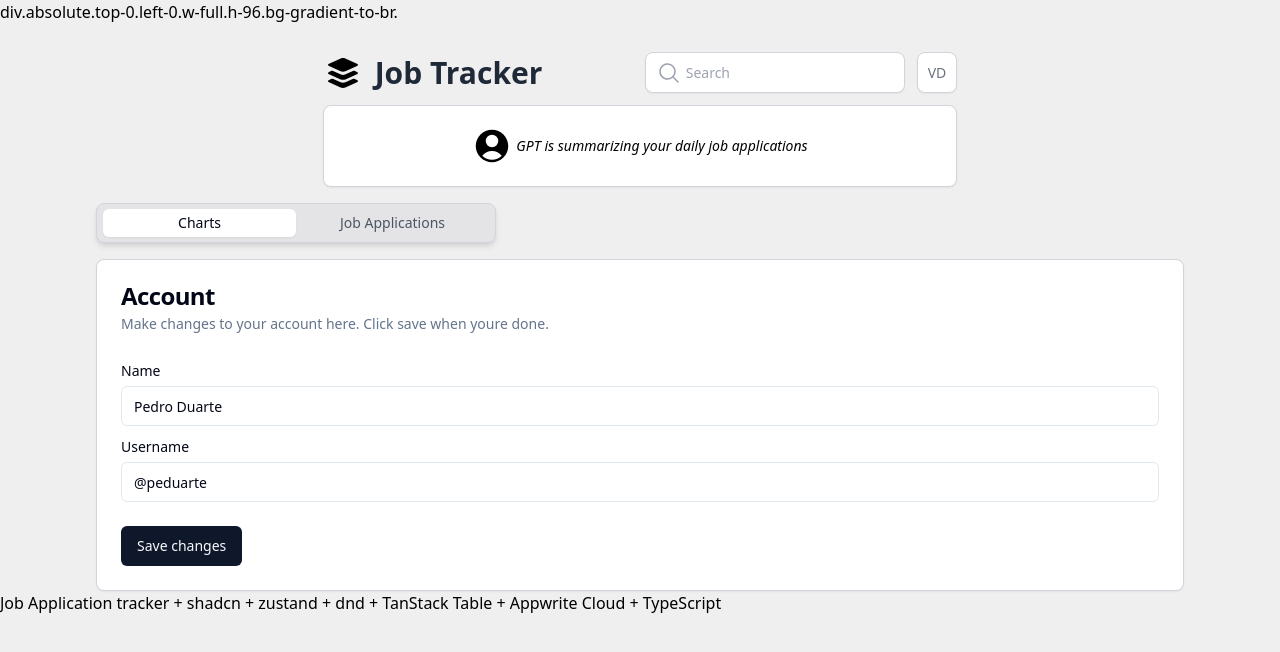
Repository: Vasil1001/job-applications-tracker-nextjs
Page: /
The author's editor kept a copy of each file at every save. The page is drawn from the files as they stood at one save, then again after the next save.
The browser window is 1280 px wide. The pictures show the whole page.
The project was rebuilt for these pictures with package versions that can differ from the ones it lists, and the page was loaded fresh each time. The framework's server and built-in components were replaced by stand-ins that run in the browser. Also part of the build but not shown: next.config.js.

Above is the page before, as saved 2023-06-24 19:45:34.

After the next save:
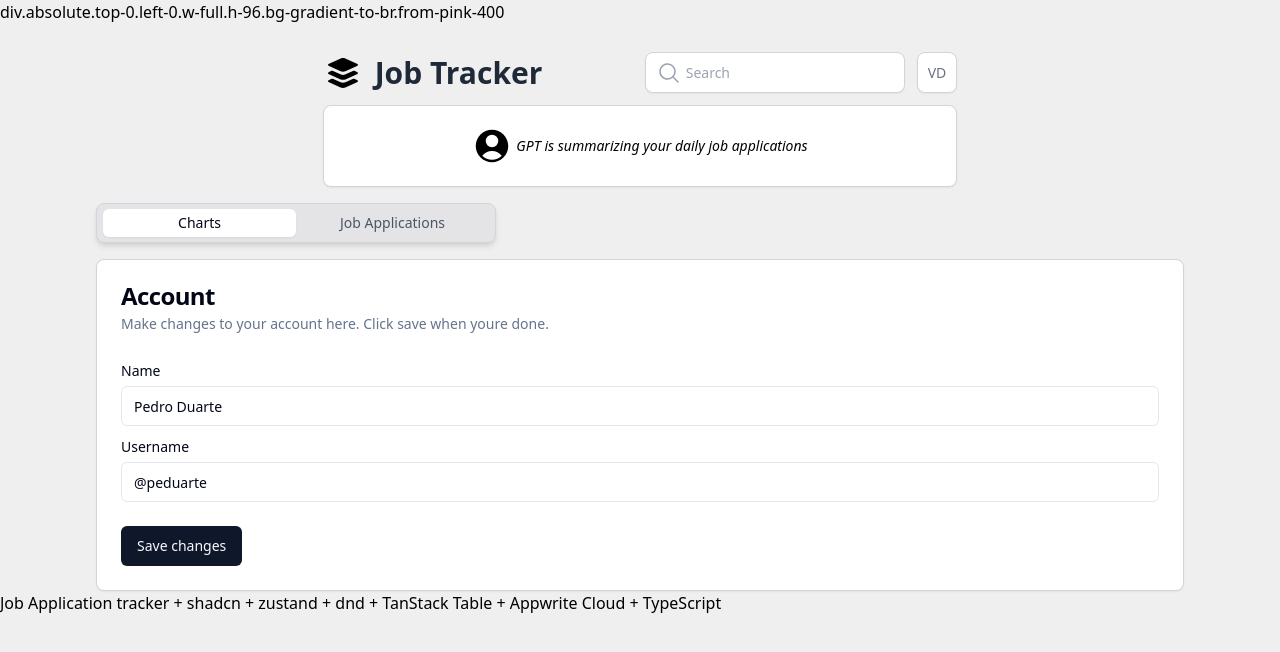
Saved 4 s later.
--- a/components/Header.tsx
+++ b/components/Header.tsx
@@ -16,7 +16,7 @@ import JobChartsTab from "./ui/JobChartsTab";
 export default function Header() {
   return (
     <header className="">
-        div.absolute.top-0.left-0.w-full.h-96.bg-gradient-to-br.
+        div.absolute.top-0.left-0.w-full.h-96.bg-gradient-to-br.from-pink-400
       <Navbar />
 
       <JobChartsTab />
